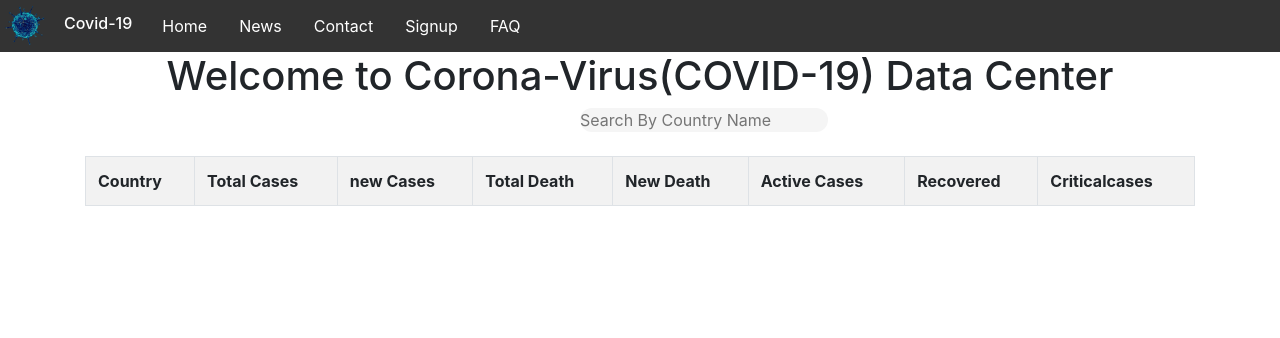
Repository: xthashankar/COVID-19-data-
Page: index.html
These files come from the project's save history. The page is drawn as it stood at one moment and after the next save; the edit follows.
The browser window is 1280 px wide. The pictures show the whole page.
The page's requests for data from a server got no answer.

Above is the page before, as saved 2020-04-15 19:32:20.

### index.html
<!DOCTYPE html>
<html lang="en">
<head>
    <meta charset="UTF-8">
    <meta name="viewport" content="width=device-width, initial-scale=1.0">
    <link rel="stylesheet" href="https://maxcdn.bootstrapcdn.com/bootstrap/4.4.1/css/bootstrap.min.css">
     <script src="https://ajax.googleapis.com/ajax/libs/jquery/3.4.1/jquery.min.js"></script>
     <script src="https://cdnjs.cloudflare.com/ajax/libs/popper.js/1.16.0/umd/popper.min.js"></script>
    <script src="https://maxcdn.bootstrapcdn.com/bootstrap/4.4.1/js/bootstrap.min.js"></script>
    <link rel="stylesheet" href="css/styles.css">
    <title>Document</title>
</head>
<body>
        <ul class="nav"  >
            <img src="image/coronavirus.png">
            <h6>Covid-19</h6>
            <li><a  href="#">Home</a></li>
            <li><a href="#">News</a></li>
            <li><a href="#">Contact</a></li>
            <li><a href="#">Signup</a></li>
            <div class="dropdown">
                <button class="dropbtn">FAQ
                </button>
                <div class="dropdown-content">
                  <a href="qa.html">English</a>
                  <a href="nqa.html">Nepali</a>
                </div>
                </div>

        </ul>

    <h1>Welcome to Corona-Virus(COVID-19) Data Center</h1>
    <input type="text" name="filter" id="search" placeholder="Search By Country Name" onkeyup="search()">
    <div class="container">

        <br>
        <table class="table table-bordered  table-striped">
            <thread>
                <tr>
                    <th>Country</th>
                    <th>Total Cases</th>
                    <th>new Cases</th>
                    <th>Total Death</th>
                    <th>New Death</th>
                    <th>Active Cases</th>
                    <th>Recovered</th>
                    <th>Criticalcases</th>
            </tr>
            </thread>
            <tbody  id="coranavirus">
            </tbody>
        </table>
    </div>
</body>
<script src="javascript/main.js"></script>
</html>

### css/styles.css
/*
body {
	font-family: 'Roboto', sans-serif;
	background-color: #eae7d9;
	margin: 0;
	padding: 0;
} */
*{
  padding: 0;
  margin: 0;
}
ul{
    list-style-type:none;
    overflow: hidden;
    background-color:#333;
}
li{
   float:right;
}
li a{

    display: block;
    color:white;
    text-align: center;
    padding: 14px 16px;
    text-decoration: none;
}
li a:hover{
    background-color: #111;
}
h1{
    text-align: center;
}
#search{

    border-radius: 10px;
    margin:5 auto;
    border-radius: 10px;
    margin-left: 580px;
    border: none;
    border-radius: 15px;
    background-color:whitesmoke;
}
img{
    width:50px;
    height:50px;
}

.nav {
    overflow: hidden;
    background-color: #333;
  }

  .nav a {
    float: right;
    font-size: 16px;
    color: white;
    text-align: center;
    padding: 14px 16px;
    text-decoration: none;
  }

  .dropdown {
    float: right;
    overflow: hidden;
  }

  .dropdown .dropbtn {
    font-size: 16px;
    border: none;
    outline: none;
    color: white;
    padding: 14px 16px;
    background-color: inherit;
    font-family: inherit;
    margin: 0;
  }

  .nav a:hover, .dropdown:hover .dropbtn {
    background-color: red;
  }

  .dropdown-content {
    display: none;
    position: absolute;
    background-color: #f9f9f9;
    min-width: 160px;
    box-shadow: 0px 8px 16px 0px rgba(0,0,0,0.2);
    z-index: 1;
  }

  .dropdown-content a {
    float: none;
    color: black;
    padding: 12px 16px;
    text-decoration: none;
    display: block;
    text-align: left;
  }

  .dropdown-content a:hover {
    background-color: #ddd;
  }

  .dropdown:hover .dropdown-content {
    display: block;
  }
  .nav h6{
    margin: 14px;
    float: right;
	  color: white;
  }

### javascript/main.js
// let who='';
let URL='https://nepalcorona.info/api/v1/data/world'
fetch(URL)
.then(function(response){
   return response.json()
}).then(function(covid){
//    console.log(covid);
       if(covid.length>0)
       {
           var coviddata='';
           covid.forEach(function(data){
            // coviddata +="<tr>";
            if(data.country!="")
            {
            coviddata +="<tr><td>"+data.country+"</td>";
            coviddata +="<td>"+data.totalCases+"</td>";
            coviddata +="<td>"+data.newCases+"</td>";
            coviddata +="<td>"+data.totalDeaths+"</td>";
            coviddata +="<td>"+data.newDeaths+"</td>";
            coviddata +="<td>"+data.activeCases+"</td>";
            coviddata +="<td>"+data.totalRecovered+"</td>";
            coviddata +="<td>"+data.criticalCases+"</td></tr>";
            console.log(coviddata);
            }
            document.getElementById('coranavirus').innerHTML=coviddata;
           })
       }
   })
   //for search
function search(){
    let filter=document.getElementById("search").value.toUpperCase();
    let table=document.getElementById("coranavirus");
    let tr=table.getElementsByTagName("tr");
    for(let i=0;i<tr.length;i++)
    {
     let td=tr[i].getElementsByTagName("td")[0];
        if(td)
        {
         let txtValue=td.textContent||td.innerText;
         if(txtValue.toUpperCase().indexOf(filter)>-1)
            {
            tr[i].style.display="";
            }else
            {
            tr[i].style.display="none";
            }
        }
    }
}

After the next save:
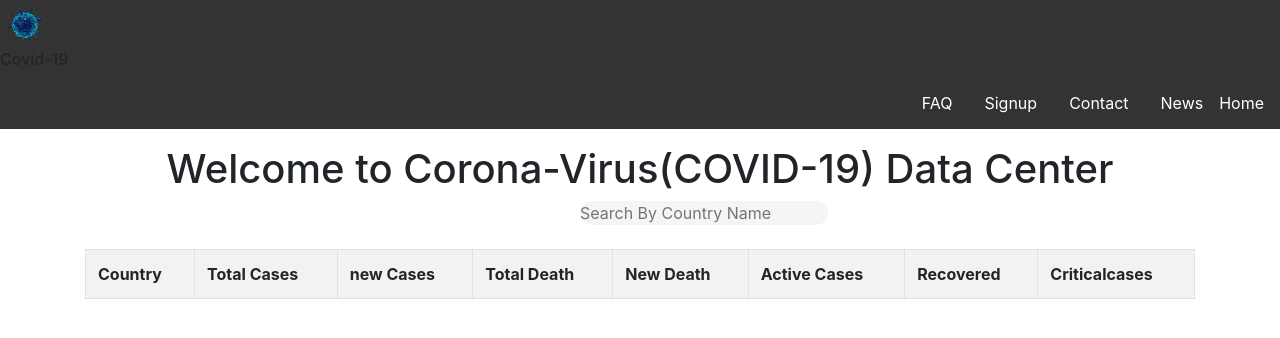
Saved 21 s later.
--- a/index.html
+++ b/index.html
@@ -11,10 +11,10 @@
     <title>Document</title>
 </head>
 <body>
-        <ul class="nav"  >
+        <ul   >
             <img src="image/coronavirus.png">
             <h6>Covid-19</h6>
-            <li><a  href="#">Home</a></li>
+            <li><a class="nav" href="#">Home</a></li>
             <li><a href="#">News</a></li>
             <li><a href="#">Contact</a></li>
             <li><a href="#">Signup</a></li>
